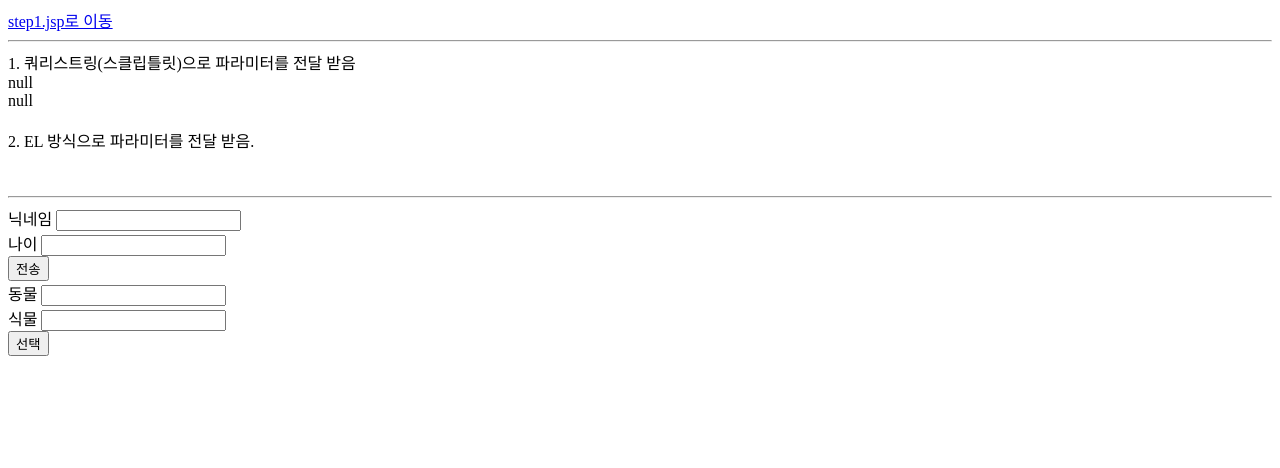
Repository: Dog-voice/king
Page: http://localhost/web_study/step2.jsp
An editor plug-in stored every save of this project. The page is shown before and after the next save, followed by the edit.
The browser window is 1280 px wide. The pictures show the whole page.
The page is served by Tomcat 9.

Above is the page before, as saved 2022-08-16 03:56:33.

After the next save:
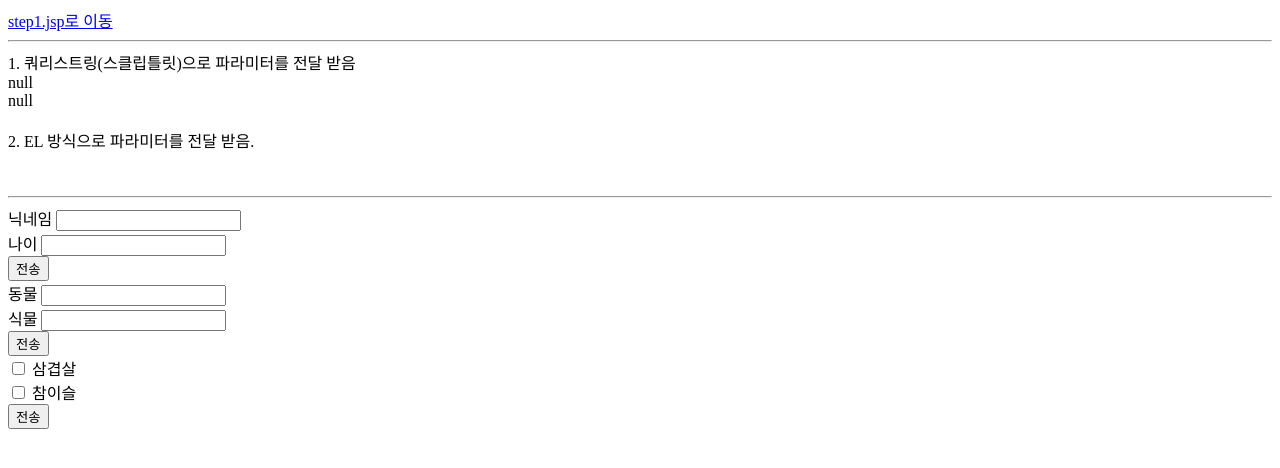
Saved 3 min 59 s later.
--- a/게시글등록(1)/web_study/src/main/webapp/step2.jsp
+++ b/게시글등록(1)/web_study/src/main/webapp/step2.jsp
@@ -29,8 +29,13 @@
    <form action="step2_1.jsp">
    동물 <input type="text" name="nick2"> <br>
    식물 <input type="text" name="nick3"> <br>
-   <button type= "submit">선택</button>
+   <button type= "submit">전송</button>
+   </form>
 
+   <form action="step2_2.jsp">
+   <input type="checkbox" name="food" value="삼겹살"> 삼겹살 <br>
+   <input type="checkbox" name="food" value="참이슬"> 참이슬 <br>
+   <input type="submit" value="전송">
    </form>
 
 
